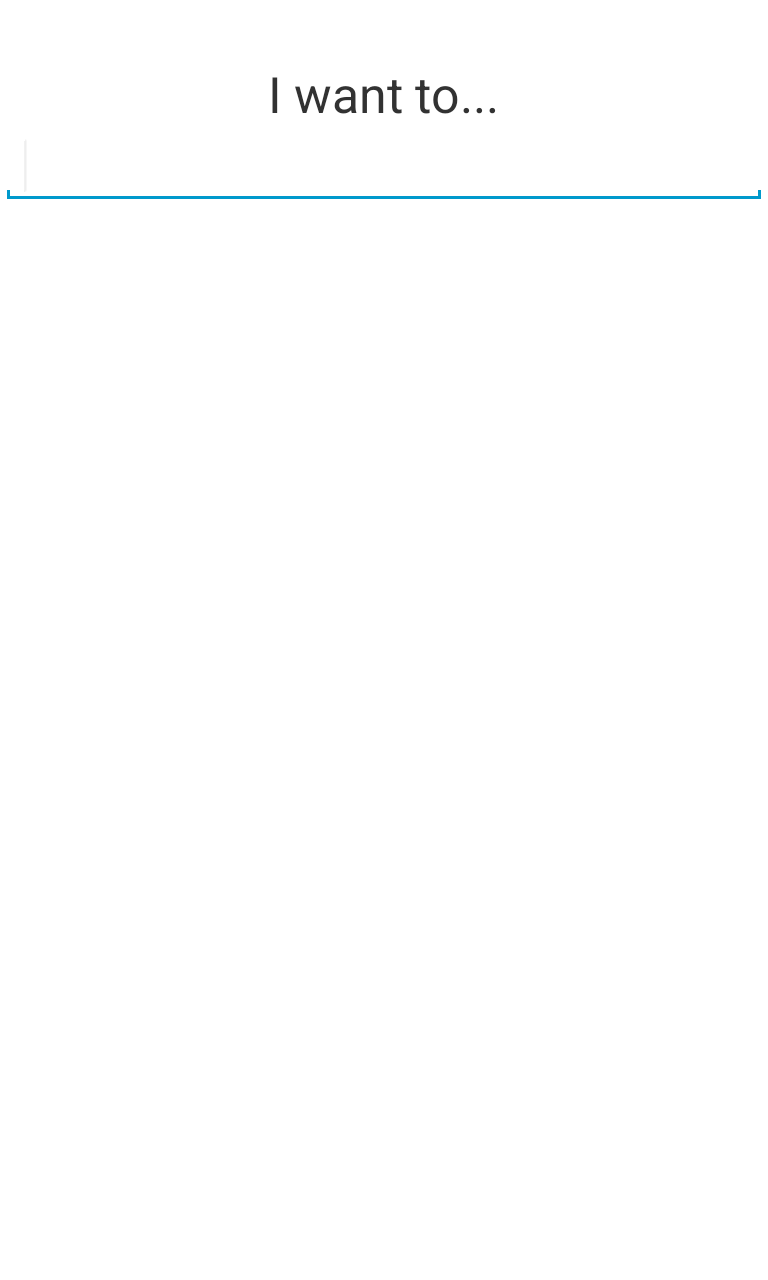
Repository: sbobra/women-startupweekend-sf
Layout: LaundryList/res/layout/activity_goal1.xml
The author's editor kept a copy of each file at every save. The layout is drawn from the files as they stood at one save, then again after the next save.
It is drawn on a 768 x 1280 px phone screen (xhdpi) without system bars, with theme AppTheme; the app's code is not run.

Above is the layout before, as saved 2013-09-15 04:13:28.

After the next save:
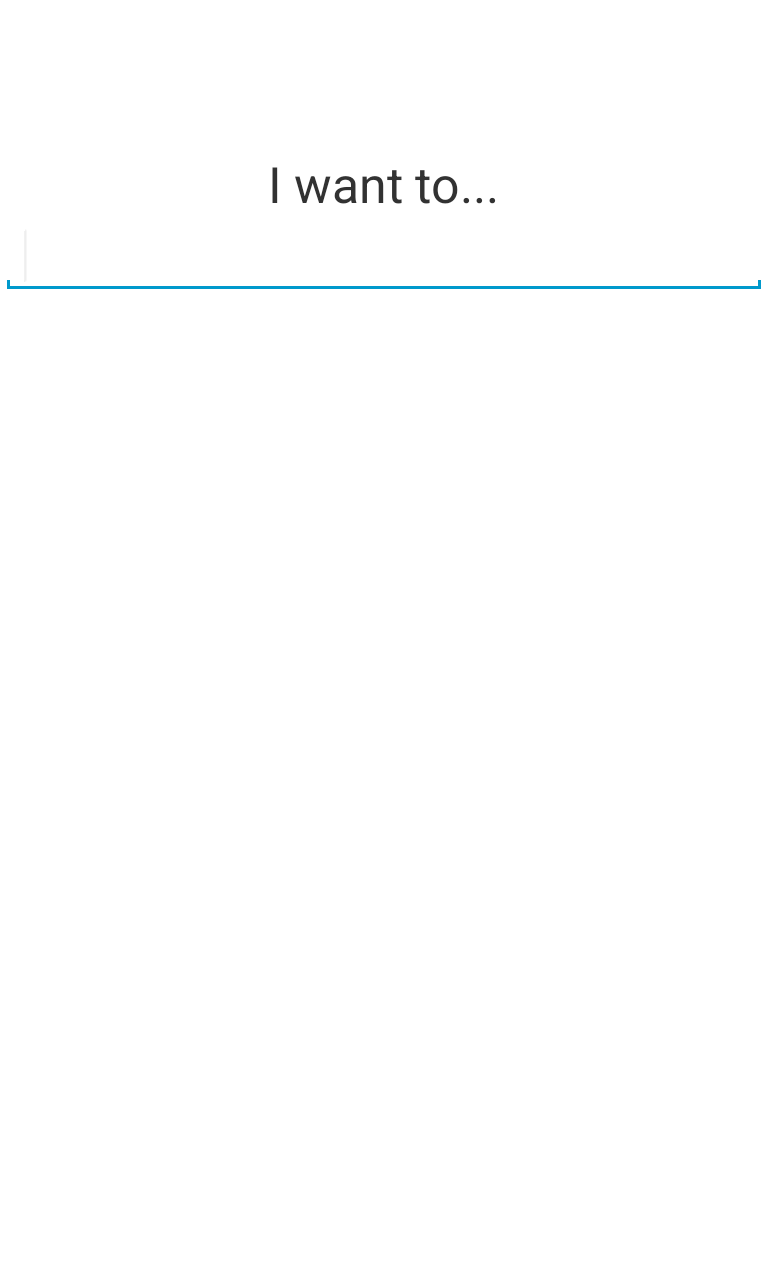
Saved 5 s later.
--- a/LaundryList/res/layout/activity_goal1.xml
+++ b/LaundryList/res/layout/activity_goal1.xml
@@ -10,7 +10,7 @@
         android:layout_width="wrap_content"
         android:layout_height="wrap_content"
         android:layout_gravity="center"
-        android:layout_marginTop="30dp"
+        android:layout_marginTop="75dp"
         android:text="I want to..."
         android:textSize="25sp" />
 
